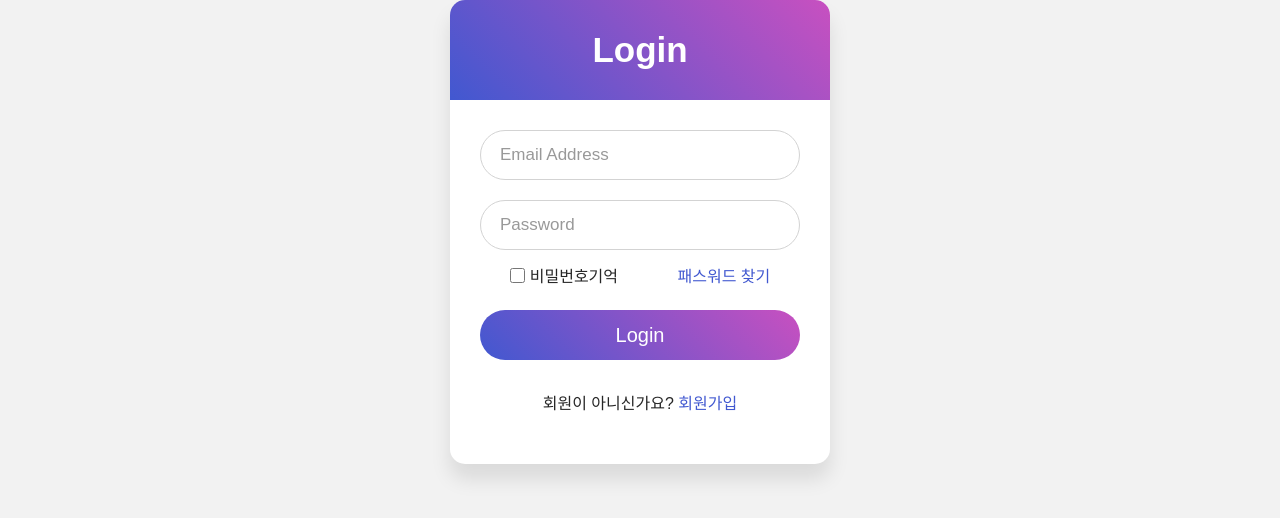
Repository: 99comcom/jsp-
Page: http://localhost/shop/user/login.jsp
An editor plug-in stored every save of this project. The page is shown before and after the next save, followed by the edit.
The browser window is 1280 px wide. The pictures show the whole page.
The page is served by Tomcat 9. Other server files are loaded and not shown.

Above is the page before, as saved 2022-08-22 00:45:20.

### shop/src/main/webapp/user/login.jsp
<%@ page language="java" contentType="text/html; charset=UTF-8"
    pageEncoding="UTF-8"%>

    <html dir="ltr">
  <head>
    <meta charset="utf-8">
    <title>Shopping Login</title>
    <link rel="stylesheet" href="/css/login.css">
  </head>
  <body1>
    <div class="wrapper">
      <div class="title1">Login</div>
      <form action="#">
        <div class="field">
          <input type="text" required>
          <label>Email Address</label>
        </div>
        <div class="field">
          <input type="password" required>
          <label>Password</label>
        </div>
        <div class="content">
          <div class="checkbox">
            <input type="checkbox" id="remember-me">
            <label for="remember-me">비밀번호기억</label>
          </div>
          <div class="pass-link"><a href="#">패스워드 찾기</a></div>
        </div>
        <div class="field">
          <input type="submit" value="Login">
        </div>
        <div class="signup-link">회원이 아니신가요? <a href="#">회원가입</a></div>
      </form>
    </div>

  </body1>
</html>



<!-- <form name="frm">
	<table>
		<tr>
			<td colspan="2"><h2>로그인</h2></td>
		</tr>

		<tr>
			<td>아이디</td>
			<td><input type="text" name="uid"></td>
		</tr>


		<tr>
			<td>비밀번호</td>
			<td><input type="password" name="pass"></td>
		</tr>
		<tr>
			<td colspan="2"><button style="width: 100%"> 로그인</button></td>
		</tr>

	</table>


</form> -->

### shop/src/main/webapp/css/login.css
*{
  margin: 0;
  padding: 0;
  box-sizing: border-box;
  font-family: 'Poppins', sans-serif;
}
html,body1{
  display: grid;
  place-items: center;
  background: #f2f2f2;
}
::selection{
  background: #4158d0;
  color: #fff;
}
.wrapper{
  width: 380px;
  background: #fff;
  border-radius: 15px;
  box-shadow: 0px 15px 20px rgba(0,0,0,0.1);
}
.wrapper .title1{
  font-size: 35px;
  font-weight: 600;
  text-align: center;
  line-height: 100px;
  color: #fff;
  user-select: none;
  border-radius: 15px 15px 0 0;
  background: linear-gradient(-135deg, #c850c0, #4158d0);
}
.wrapper form{
  padding: 10px 30px 50px 30px;
}
.wrapper form .field{
  height: 50px;
  width: 100%;
  margin-top: 20px;
  position: relative;
}
.wrapper form .field input{
  height: 100%;
  width: 100%;
  outline: none;
  font-size: 17px;
  padding-left: 20px;
  border: 1px solid lightgrey;
  border-radius: 25px;
  transition: all 0.3s ease;
}
.wrapper form .field input:focus,
form .field input:valid{
  border-color: #4158d0;
}
.wrapper form .field label{
  position: absolute;
  top: 50%;
  left: 20px;
  color: #999999;
  font-weight: 400;
  font-size: 17px;
  pointer-events: none;
  transform: translateY(-50%);
  transition: all 0.3s ease;
}
form .field input:focus ~ label,
form .field input:valid ~ label{
  top: 0%;
  font-size: 16px;
  color: #4158d0;
  background: #fff;
  transform: translateY(-50%);
}
form .content{
  display: flex;
  width: 100%;
  height: 50px;
  font-size: 16px;
  align-items: center;
  justify-content: space-around;
}
form .content .checkbox{
  display: flex;
  align-items: center;
  justify-content: center;
}
form .content input{
  width: 15px;
  height: 15px;
  background: red;
}
form .content label{
  color: #262626;
  user-select: none;
  padding-left: 5px;
}
form .content .pass-link{
  color: "";
}
form .field input[type="submit"]{
  color: #fff;
  border: none;
  padding-left: 0;
  margin-top: -10px;
  font-size: 20px;
  font-weight: 500;
  cursor: pointer;
  background: linear-gradient(-135deg, #c850c0, #4158d0);
  transition: all 0.3s ease;
}
form .field input[type="submit"]:active{
  transform: scale(0.95);
}
form .signup-link{
  color: #262626;
  margin-top: 20px;
  text-align: center;
}
form .pass-link a,
form .signup-link a{
  color: #4158d0;
  text-decoration: none;
}
form .pass-link a:hover,
form .signup-link a:hover{
  text-decoration: underline;
}

After the next save:
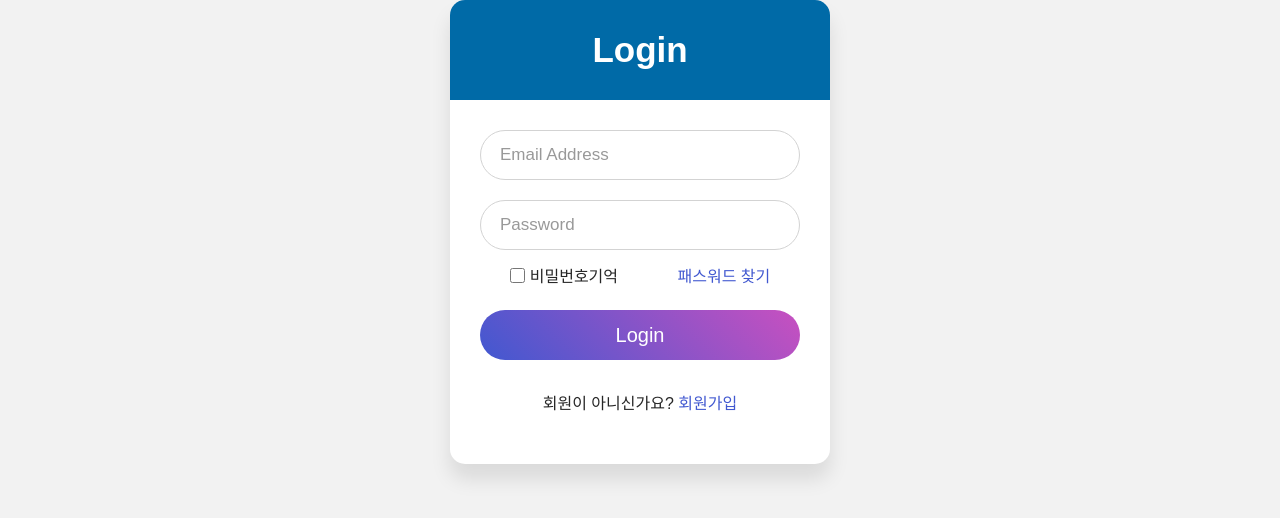
Saved 43 s later.
--- a/shop/src/main/webapp/css/login.css
+++ b/shop/src/main/webapp/css/login.css
@@ -27,7 +27,7 @@ html,body1{
   color: #fff;
   user-select: none;
   border-radius: 15px 15px 0 0;
-  background: linear-gradient(-135deg, #c850c0, #4158d0);
+  background: #006AA7;
 }
 .wrapper form{
   padding: 10px 30px 50px 30px;
